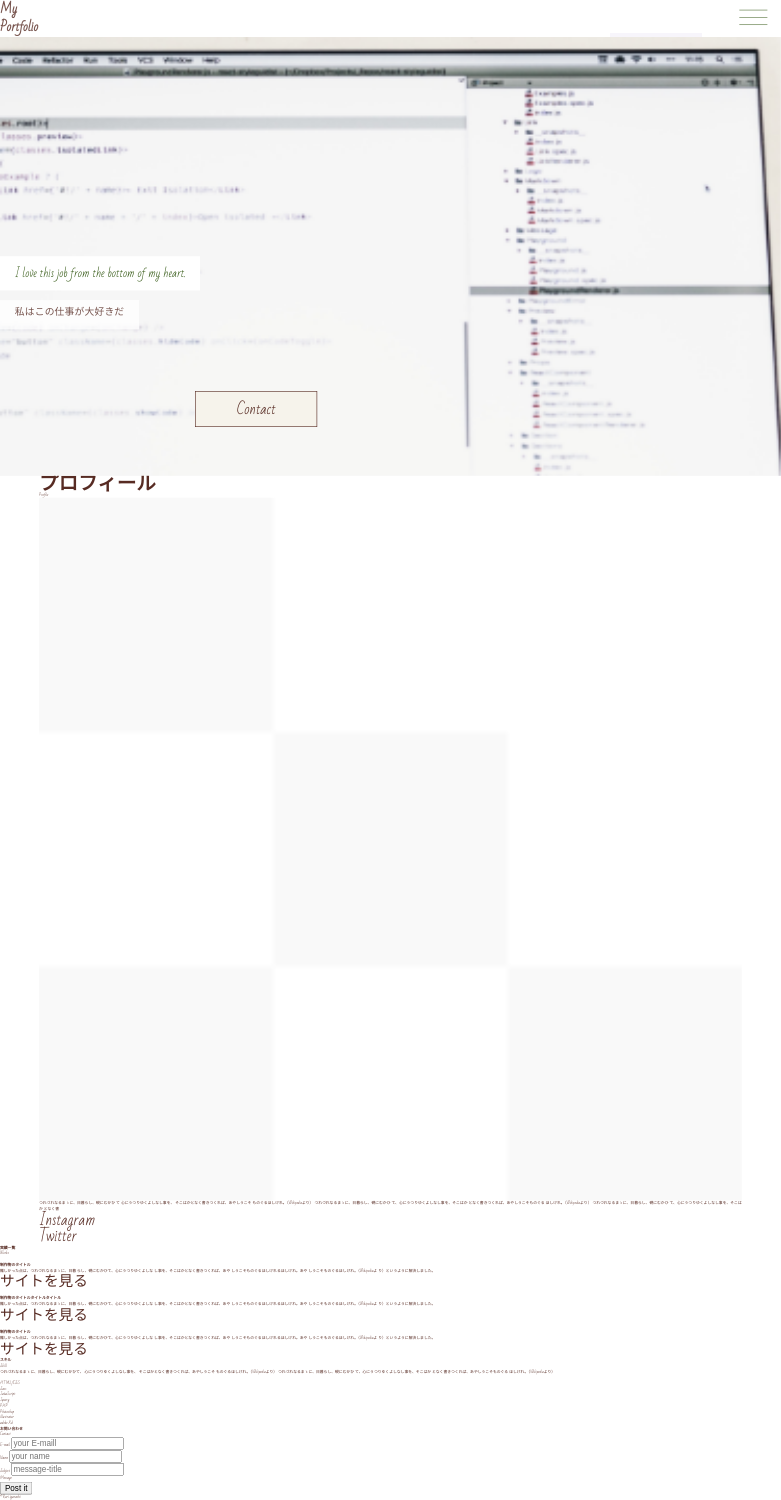
Repository: ppmp556/igarashi.kakuu
Page: index.html
The author's editor kept a copy of each file at every save. The page is drawn from the files as they stood at one save, then again after the next save.
The browser window is 1280 px wide. The pictures show the whole page, at 61% of full size.
Some web libraries are served in a nearby version. The style sheet was rebuilt from its Sass, Less or Tailwind sources for each picture, by a compiler version that may differ from the author's.

Above is the page before, as saved 2020-10-25 12:20:00.
Console error: TypeError: Cannot read properties of null (reading 'addEventListener')

### index.html
<!DOCTYPE html>
<html lang="ja">
    <head>
        <meta charset="UTF-8">
        <meta name="viewport" content="width=device-width, initial-scale=1.0, maximum-scale=1.0, minimum-scale=1.0">
        <link rel="stylesheet" href="faundation.css" type="text/css">
        <link rel="stylesheet" href="./css/style.css" type="text/css">
        <link href="https://use.fontawesome.com/releases/v5.6.1/css/all.css" rel="stylesheet">
        <link href="https://fonts.googleapis.com/css?family=Bad+Script" rel="stylesheet">
        <link href="https://fonts.googleapis.com/css?family=Sawarabi+Gothic" rel="stylesheet">
        <link rel="img" href="image">
        <title>架空LP</title>

    </head>
    <body>

        <div class="container">
            <header class="header">
                <h1 class="header_ttl">
                    <a href="index.html" class="header_link">My Portfolio</a><!-- /.header_link -->
                </h1><!-- /.header_ttl -->
                <nav class="nav">
                    <div class="nav_wrapper" id="nav_lists">
                        <!-- ハンバーガーメニュー部分 -->
                        <div class="toggle_btn" id="nav_toggler">
                            <span class="toggle_line __tg1"></span>
                            <span class="toggle_line __tg2"></span>
                            <span class="toggle_line __tg3"></span>
                        </div>
                        <!-- ハンバーガーメニューここまで -->
                    </div>
                    <ul class="nav_list flex">
                        <li class="nav_item">
                            <a href="#" class="nav_link">Profile<span class="nav_sp">プロフィール</a><!-- /.nav_link -->
                        </li><!-- /.nav_item -->
                        <li class="nav_item">
                            <a href="#" class="nav_link">Works<span class="nav_sp">実績一覧</a><!-- /.nav_link -->
                        </li><!-- /.nav_item -->
                        <li class="nav_item">
                            <a href="#" class="nav_link">Skill<span class="nav_sp">スキル</a><!-- /.nav_link -->
                        </li><!-- /.nav_item -->
                        <li class="nav_item">
                            <a href="#" class="nav_link">Contact<span class="nav_sp">お問い合わせ</a><!-- /.nav_link -->
                        </li><!-- /.nav_item -->
                    </ul><!-- /.nav_list -->
                </nav><!-- /.nav -->
            </header><!-- /.header -->
        </div><!-- /.container -->
        <div class="kv">
            <div class="kv_txtbox">
                <p class="kv_txt">I love this job from the bottom of my heart.</p><!-- /.kv_txt -->
                <p class="kv_txt __subtxt">私はこの仕事が大好きだ</p><!-- /.kv_txt -->
            </div><!-- /.kv_txtbox -->
            <div class="contact_box">
                <a href="#" class="contact_link">Contact</a><!-- /.contact_link -->
            </div><!-- /.contact_box -->
        </div><!-- /.kv -->
        <main>
            <div class="inner">

                <section class="prof" id="prof">
                    <div class="section_ttlbox">
                        <h2 class="prof_ttl">プロフィール</h2><!-- /.prof_ttl -->
                        <span class="prof_sub">Profile</span>
                    </div><!-- /.section_ttlbox -->
                    <div class="prof_imgbox">
                        <img src="images/スマホデザイン/グループ・475.png" alt="#">
                    </div><!-- /.prof_imgbox -->
                    <p class="prof_txt">
                        つれづれなるまゝに、日暮らし、硯にむかひ
                        て
                        心にうつりゆくよしなし事を、
                        そこはかとなく書きつくれば、あやしうこそ
                        ものぐるほしけれ。（Wikipediaより）
                        つれづれなるまゝに、日暮らし、硯にむかひ
                        て、心にうつりゆくよしなし事を、そこはか
                        となく書きつくれば、あやしうこそものぐる
                        ほしけれ。（Wikipediaより）
                        つれづれなるまゝに、日暮らし、硯にむかひ
                        て、心にうつりゆくよしなし事を、そこはか
                        となく書
                    </p><!-- /.prof_txt -->
                    <div class="section_btnbox">
                        <div class="site_btn">
                            <a href="#" class="site_link">Instagram</a>
                        </div><!-- /.site_btn -->
                        <div class="site_btn">
                            <a href="#" class="site_link">Twitter</a>
                        </div><!-- /.site_btn -->
                    </div><!-- /.section_btnbox -->
                </section><!-- /#prof.prof -->


                <section class="work" id="work">
                    <div class="section_ttlbox">
                        <h2 class="work_ttl">実績一覧</h2><!-- /.work_ttl -->
                        <span class="work_sub">Works</span>
                    </div><!-- /.section_ttlbox -->

                    <div class="work_imgbox">
                        <ul class="work_list">
                            <li class="work_item">
                                <img src="" alt="" class="work_img">
                                <h3 class="work_ttl">制作物のタイトル</h3><!-- /.work_txt -->
                                <p class="work_txt">
                                    難しかった点は、つれづれなるまゝに、日暮
                                    らし、硯にむかひて、心にうつりゆくよしな
                                    し事を、そこはかとなく書きつくれば、あや
                                    しうこそものぐるほしけれるほしけれ。あや
                                    しうこそものぐるほしけれ。（Wikipediaよ
                                    り）というように解決しました。
                                </p><!-- /.work_txt -->
                                <div class="site_btn">
                                    <a href="#" class="site_link">サイトを見る</a>
                                </div><!-- /.site_btn -->
                            </li><!-- /.work_item -->
                            <li class="work_item">
                                <img src="" alt="" class="work_img">
                                <h3 class="work_ttl">制作物のタイトルタイトルタイトル</h3><!-- /.work_txt -->
                                <p class="work_txt">
                                    難しかった点は、つれづれなるまゝに、日暮
                                    らし、硯にむかひて、心にうつりゆくよしな
                                    し事を、そこはかとなく書きつくれば、あや
                                    しうこそものぐるほしけれるほしけれ。あや
                                    しうこそものぐるほしけれ。（Wikipediaよ
                                    り）というように解決しました。
                                </p><!-- /.work_txt -->
                                <div class="site_btn">
                                    <a href="#" class="site_link">サイトを見る</a>
                                </div><!-- /.site_btn -->
                            </li><!-- /.work_item -->
                            <li class="work_item">
                                <img src="" alt="" class="work_img">
                                <h3 class="work_ttl">制作物のタイトル</h3><!-- /.work_txt -->
                                <p class="work_txt">
                                    難しかった点は、つれづれなるまゝに、日暮
                                    らし、硯にむかひて、心にうつりゆくよしな
                                    し事を、そこはかとなく書きつくれば、あや
                                    しうこそものぐるほしけれるほしけれ。あや
                                    しうこそものぐるほしけれ。（Wikipediaよ
                                    り）というように解決しました。
                                </p><!-- /.work_txt -->
                                <div class="site_btn">
                                    <a href="#" class="site_link">サイトを見る</a>
                                </div><!-- /.site_btn -->
                            </li><!-- /.work_item -->
                        </ul><!-- /.work_list -->
                    </div><!-- /.work_imgbox -->
                </section><!-- /#work.work -->

                <section class="skii" id="skill">
                    <div class="section_ttlbox">
                        <h2 class="skill_ttl">スキル</h2><!-- /.skill_ttl -->
                        <span class="skill_sub">Skill</span>
                    </div><!-- /.section_ttlbox -->
                    <div class="skill_txtbox">
                        <p class="skill_txt">
                            つれづれなるまゝに、日暮らし、硯にむかひて、
                            心にうつりゆくよしなし事を、
                            そこはかとなく書きつくれば、あやしうこそ
                            ものぐるほしけれ。（Wikipediaより）
                            つれづれなるまゝに、日暮らし、硯にむかひ
                            て、心にうつりゆくよしなし事を、そこはか
                            となく書きつくれば、あやしうこそものぐる
                            ほしけれ。（Wikipediaより）
                        </p><!-- /.skill_txt -->
                    </div><!-- /.skill_txtbox -->
                    <div class="skill_listbox">
                        <div class="skill_imgbox">
                            <img src="" alt="" class="skill_img">
                        </div><!-- /.skill_imgbox -->
                        <ul class="skill_list">
                            <li class="skill_item">HTML/CSS</li><!-- /.skill_item -->
                            <li class="skill_item">Sass</li><!-- /.skill_item -->
                            <li class="skill_item">JavaScript</li><!-- /.skill_item -->
                            <li class="skill_item">Jquery</li><!-- /.skill_item -->
                            <li class="skill_item">PHP</li><!-- /.skill_item -->
                            <li class="skill_item">Photoshop</li><!-- /.skill_item -->
                            <li class="skill_item">illustrator</li><!-- /.skill_item -->
                            <li class="skill_item">adobe Xd</li><!-- /.skill_item -->
                        </ul><!-- /.skill_list -->
                    </div><!-- /.skill_listbox -->
                </section><!-- /#skill.skii -->

                <section class="contact" id="contact">
                    <div class="section_ttlbox">
                        <h2 class="contact_ttl">お問い合わせ</h2><!-- /.contact_ttl -->
                        <span class="contact_sub">Contact</span>
                    </div><!-- /.section_ttlbox -->
                    <form action="#" class="ly-form">
                        <div class="form ord1">
                            <div class="form2">

                                <label for="email" class="formTitle u-formTxt">E-mail</label>
                                <input type="email" class="formBox" name="your-E-mail" placeholder="your E-maill">
                            </div>
                        </div>
                        <div class="form ord2">
                            <div class="form2">
                                    <label for="name" class="formTitle u-formTxt">Name</label>
                                    <input type="text" class="formBox" name="your name" placeholder="your name">

                            </div>
                        </div>
                        <div class="form ord3">
                            <div class="form2">
                                <label for="subject" class="formTitle u-formTxt">Subject</label>
                                <input type="subject" class="formBox" name="message-title" placeholder="message-title">
                            </div>
                        </div>
                        <div class="form ord4">
                            <div class="form2">
                                <label for="message" class="formTitle u-formTxt">Message</label>
                                <textare name="contents" class="area" name="contents" placeholder="contents" rows="4" cols="40"></textare>
                            </div>
                        </div>
                        <div class="inputWrap btnhv u-send">
                            <input type="submit" value="Post it" class="sendBtn">
                        </div>
                    </form>
                </section><!-- /#contact.contact -->
            </div><!-- /.inner -->

        </main>


        <footer class="footer">
            <div class="footer_sharbox">
                <ul class="footer_sharalist">
                    <li class="footer_item"></li><!-- /.footer_item -->
                    <li class="footer_item"></li><!-- /.footer_item -->
                    <li class="footer_item"></li><!-- /.footer_item -->
                </ul><!-- /.footer_sharalist -->
            </div><!-- /.footer_sharbox -->
            <small class="footer_txt">&copy; Ruri igarashi</small>
        </footer><!-- /.footer -->


        <script type="text/javascript" src="menu.js"></script>
        <script src="https://code.jquery.com/jquery-3.4.1.js" integrity="sha256-WpOohJOqMqqyKL9FccASB9O0KwACQJpFTUBLTYOVvVU=" crossorigin="anonymous"></script>

    </body>
</html>

### faundation.css

html,
body,
div,
span,
object,
iframe,
h1,
h2,
h3,
h4,
h5,
h6,
p,
blockquote,
pre,
abbr,
address,
cite,
code,
del,
dfn,
em,
img,
ins,
kbd,
q,
samp,
small,
strong,
sub,
sup,
var,
b,
i,
dl,
dt,
dd,
ol,
ul,
li,
fieldset,
form,
label,
legend,
table,
caption,
tbody,
tfoot,
thead,
tr,
th,
td,
article,
aside,
canvas,
details,
figcaption,
figure,
footer,
header,
hgroup,
menu,
nav,
section,
summary,
time,
mark,
audio,
video {
  margin: 0;
  padding: 0;
  border: 0;
  outline: 0;
  font-size: 100%;
  vertical-align: baseline;
  background: transparent;
}

body {
  line-height: 1.5;
}

article,
aside,
details,
figcaption,
figure,
footer,
header,
hgroup,
menu,
nav,
section {
  display: block;
}

ul,
ol {
  list-style: none;
}

table {
  border-collapse: collapse;
  border-spacing: 0;
}

a {
  color: inherit;
  text-decoration: none;
}

img {
  width: 100%;
  max-width: 100%;
  height: auto;
  vertical-align: bottom;
}

### menu.js
const body = document.body;

const toggler = document.getElementById('navToggler');
//#navToggleを取得し、togglerに格納


const navList = document.getElementById('js-nav');
const navList2 = document.getElementById('js-nav2');
//#navListsを取得し、navListに格納


toggler.addEventListener('click', function() {
    //togglerクリックされたら、
    body.classList.toggle('clicked');

});
navList.addEventListener('click', function(){


    body.classList.remove('clicked');
});
navList2.addEventListener('click', function(){


    body.classList.remove('clicked');
});

### scss/style.scss
@charset "UTF-8";

$cColor: #572B23;
$cBgColor: #f6f3eb;
$cGreen: #315611;
$cwhite: #ffffff;
$cGray: #f9f9f9;


html {
    font-size: 62.5%;
    overflow: auto;


}

body {
    color: $cColor;
    background-color: $cwhite;
    font-family: "Bad Script","Sawarabi Gothic";
    font-size: 62.5%;
    margin: 0 auto;
    overflow: hidden;
    width: 100%;
    height: auto;

}

*, *::before, *::after {
    box-sizing: border-box;
}

a:link, a:visited, a:hover, a:active {
    /*テキストデフォルト下線外し*/
    text-decoration: none;
    /* color: #ffffff; */
}




.container {
    overflow: hidden;
}


.flex {
    display: flex;
    justify-content: flex-start;
}

.inner {
    min-width: 336px;
    width: 100%;
    margin: 0 auto;
}


.site_btn {
    display: flex;
    width: 200px;
    font-size: 2.4rem;
    color: #572B23;
    line-height: 27px;
}

.site_link {
    width: 100%;
    height: 100%;
    display: block;
    margin: auto;
}

/****************

header

*************/

.header {
    display: flex;
    z-index: 5;
    width: 100%;
    height: 100%;
    background-color: $cwhite;
    opacity: .8;

    &_ttl {
        font-size: 2.0rem;
    font-family: "Bad Script";
    opacity: 1;
    color: $cColor;
    }
}

// nav

.nav {
    width: 100%;
    line-height: 20px;
    display: flex;
    justify-content: center;
    align-items: center;


    /* ハンバーガーメニュー */
    &_list {
        position: absolute;
        display: block;
        top: 54px;
        /* left: 377px; */
        left: 1000px;
        overflow: hidden;
        width: 15rem;
        max-height: auto;
        cursor: pointer;

        overflow-y: auto;/*縦方向の表示*/

        display: flex;
        flex-direction: column;
        transition: opacity .8s ease, visibility .6s ease;
        color: #572B23;

        background-color: #F6F3FB;
        visibility: .6s ease;
        opacity: 1;

        &.clicked {
            left: 114px;
            visibility: visible;
            opacity: 0.9;
            width: 262px;
            top: 0;
            /* height: 667px; */
            height: 100vh;
            background-color: #f6f3f8;
            position: absolute;
            display: flex;
            align-items: center;
            justify-content: center;

        }
    }

    &_item {
        padding: 2px 0;
        font-size: 2rem;
        color: #572B23;
        position: relative;

        transition: transform 6s ease, opacity .2s ease;

        &:nth-child(1) {
        transform: translateX(200px);

        transition: transform .6s ease, opacity .2s ease;

        }

        &:nth-child(2) {
        transition-delay: .15s;

        }
        &:nth-child(3) {
        transition-delay: .3s;

        }

        &:nth-child(4) {
        transition-delay: .45s;

        }

        &:nth-child(5) {
        transition-delay: .6s;

        }

        &::after {
        position: absolute;
        bottom: -4px;
        left: 0;
        content: '';
        width: 100%;
        height: 2px;
        background: #572B23;
        transform: scale(0, 1);
        transform-origin: left top;
        transition: transform .3s;
        }

        &:hover::after {
        transform: scale(1, 1);
        }

    }







    &_link {
        width: 100%;
        display: block;
        color: #572B23;
    font-size: 2.4rem;
    display: flex;
    align-items: center;
    flex-direction: column;
    justify-content: center;
    }


}




.clicked .navList .navItem {
    transform: translateX(0px);
}







.toggle_btn {

    z-index: 2000;
    position: absolute;
    top: 0;
    width: 45.25px;
    /* height: 24px; */
    height: 55px;
    right: 16.19px;
    cursor: pointer;
    transition: all .30s ease-in-out;/*0.3秒かけて変化*/
}

.toggle_line {
    display: block;
    position: absolute;
    z-index: 2100;
    right: 6.3px;
    top: 14px;
    width: 100%;
    height: 1px;
    background-color: #315611;
    transition: all 0.3s;
}


.__tg1 {
    top: 16.19px;

    &.clicked {
        transform: translateY(12px) rotate(-315deg);
    }
}
.__tg2 {
    top: 28.19px;
    &.clicked {
        opacity: 0;
    }
}
.__tg3 {
    top: 40.19px;
    &.clicked {
        transform: translateY(-11px) rotate(315deg);
    }
}


/****************

kv

*************/

.kv {
    background: url(/images/top-image/top-image.png) center / cover no-repeat;
    background-position-y: 50%;
    height: 100vh;
    width: 100%;
    // display: flex;

    position: relative;

    &_txtbox {
        position: absolute;
        top: 50%;

    }

    &_txt {
        margin: auto;
        text-align: center;
        font-size: 1.8rem;
        color: $cGreen;
        padding: 10px 24px;
        background-color: $cwhite;
        opacity: 1;
        margin-bottom: 16px;
        line-height: 2;
    }

}


.__subtxt {
    font-size: 1.6rem;
    padding: 13px 24px;
    color: $cColor;
    opacity: 0.8;
    letter-spacing: 0.32px;
    width: 228px;
    height: 48px;
    line-height: .84;
    display: inline-block;
    margin-right: auto;
}


.contact_box {
    display: block;
    position: absolute;
    bottom: 80px;
    left: 25%;
    margin: 0 auto;
    width: 20rem;
    line-height: 45px;
    // margin-top: auto;

    opacity: 1;
    border: 1px solid $cColor;
    text-align: center;
    background-color: $cBgColor;
    font-size: 2.3rem;
    font-family: "bad script";
    color: $cColor;

}


.contact_link {
    padding: 6px 66px;
    display: block;
    width: 100%;
    // height: 100%;
    text-align: center;

}

/****************

profile

*************/

.prof {
    padding: 0 64px;

    &_ttl {
        font-size: 3.2rem;
        color: $cColor;
        text-align: left;
        line-height: 0.84;
    }


}


.ly-profWrapper {
  position: absolute;
  top: 668px;
  width: 375px;
  height: 1054px;
}
.ly-profBox {
  display: flex;
  justify-content: center;
  align-items: center;
  height: 942px;
}
.profImages {
    background-image:url("images/profile/profile.png") ;
    background-repeat: no-repeat;

    position: absolute;
    width: 316px;
    height: 330px;

    top: 165px;
    left: 28px;
    z-index: -90;
}

.hideBox1 {
    border: 1px solid #315611;
    width: 316px;
    height: 330px;
    z-index: -99;
    opacity: 1;
    position: absolute;
    left: 20px;
    top: 157px;

}
.hideBox2 {
    border: 1px solid #315611;
    width: 316px;
    height: 330px;
    z-index: -98;
    opacity: 1;
    position: absolute;
    left: 36px;
    top: 173px;

}
.profContent {
    position: absolute;
    text-align: left;
    top: 535px;
    left: 20px;

    width: 336px;
    height: auto;
}


.profBtn {
    position: relative;
    display: flex;
    justify-content: space-around;
    top: -4px;

}

.contactBtn {
    justify-content: space-between;
    border: 1px solid #315611;
    background: #ffffff;
    width: 16rem;
    height: 4.8rem;
    position: relative;
}


.u-boxImg {
    right: -143px;
    top: -424px;
    z-index: -101;
}

.u-prof {
    font-size: 1.6rem;
    letter-spacing: 0.32px;
    line-height: 2;
    font-family: "Sawarabi Gothic";
}
.u-Btn {
    font-family:"Bad Script";
    font-size: 2.4rem;

}

After the next save:
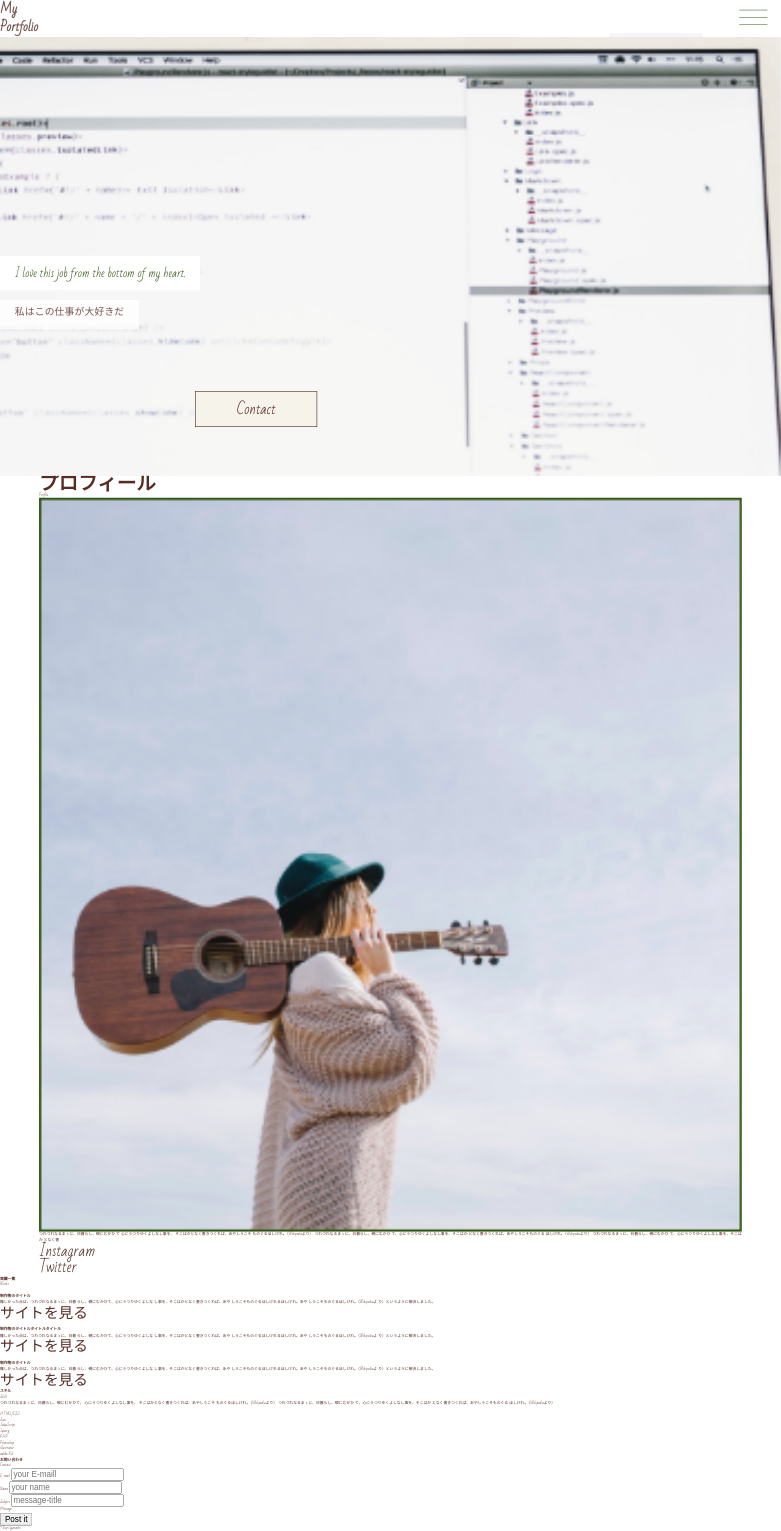
Saved 22 s later.
--- a/index.html
+++ b/index.html
@@ -64,7 +64,7 @@
                         <span class="prof_sub">Profile</span>
                     </div><!-- /.section_ttlbox -->
                     <div class="prof_imgbox">
-                        <img src="images/スマホデザイン/グループ・475.png" alt="#">
+                        <img src="images/profile/profile.png" alt="#">
                     </div><!-- /.prof_imgbox -->
                     <p class="prof_txt">
                         つれづれなるまゝに、日暮らし、硯にむかひ
